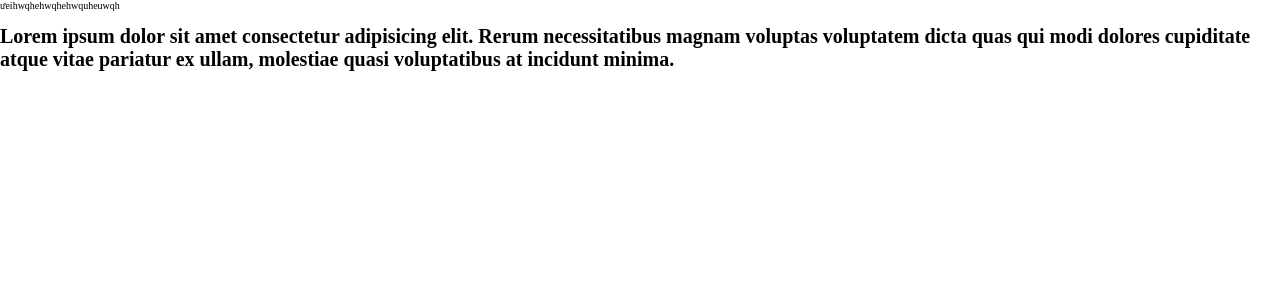
Repository: 0385246651/Shoppee-UI
Page: index.html
An editor plug-in stored every save of this project. The page is shown before and after the next save, followed by the edit.
The browser window is 1280 px wide. The pictures show the whole page.

Above is the page before, as saved 2022-11-03 16:33:58.

### index.html
<!DOCTYPE html>
<html lang="en">

<head>
    <meta charset="UTF-8">
    <meta http-equiv="X-UA-Compatible" content="IE=edge">
    <meta name="viewport" content="width=device-width, initial-scale=1.0">
    <title>Shoppee Fake</title>
    <link rel="stylesheet" href="https://cdnjs.cloudflare.com/ajax/libs/normalize/8.0.1/normalize.min.css"
        integrity="sha512-NhSC1YmyruXifcj/KFRWoC561YpHpc5Jtzgvbuzx5VozKpWvQ+4nXhPdFgmx8xqexRcpAglTj9sIBWINXa8x5w=="
        crossorigin="anonymous" referrerpolicy="no-referrer" />
    <link rel="stylesheet" href="./assets/css/base.css">
    <link rel="stylesheet" href="./assets/css/main.css">
</head>
ưeihwqhehwqhehwquheuwqh

<body>
    <h1>Lorem ipsum dolor sit amet consectetur adipisicing elit. Rerum necessitatibus magnam voluptas voluptatem dicta
        quas qui modi dolores cupiditate atque vitae pariatur ex ullam, molestiae quasi voluptatibus at incidunt minima.
    </h1>
</body>

</html>

### assets/css/base.css
/* Reset CSS */
:root{
    --white-color: #fff;
    --black-color: #000;
    ---text-color: #333;
}

*{
    box-sizing: inherit;

}

html{
    /* 16px */
    font-size: 62.5%;
}

body{

}

Loaded but not shown: assets/css/main.css (no copy from this time; the picture is the same without it)

After the next save:
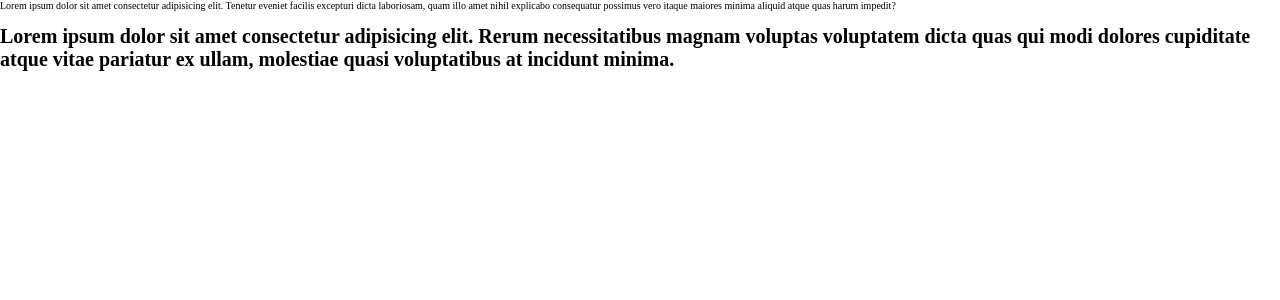
Saved 55 s later.
--- a/index.html
+++ b/index.html
@@ -12,7 +12,8 @@
     <link rel="stylesheet" href="./assets/css/base.css">
     <link rel="stylesheet" href="./assets/css/main.css">
 </head>
-ưeihwqhehwqhehwquheuwqh
+Lorem ipsum dolor sit amet consectetur adipisicing elit. Tenetur eveniet facilis excepturi dicta laboriosam, quam illo
+amet nihil explicabo consequatur possimus vero itaque maiores minima aliquid atque quas harum impedit?
 
 <body>
     <h1>Lorem ipsum dolor sit amet consectetur adipisicing elit. Rerum necessitatibus magnam voluptas voluptatem dicta
